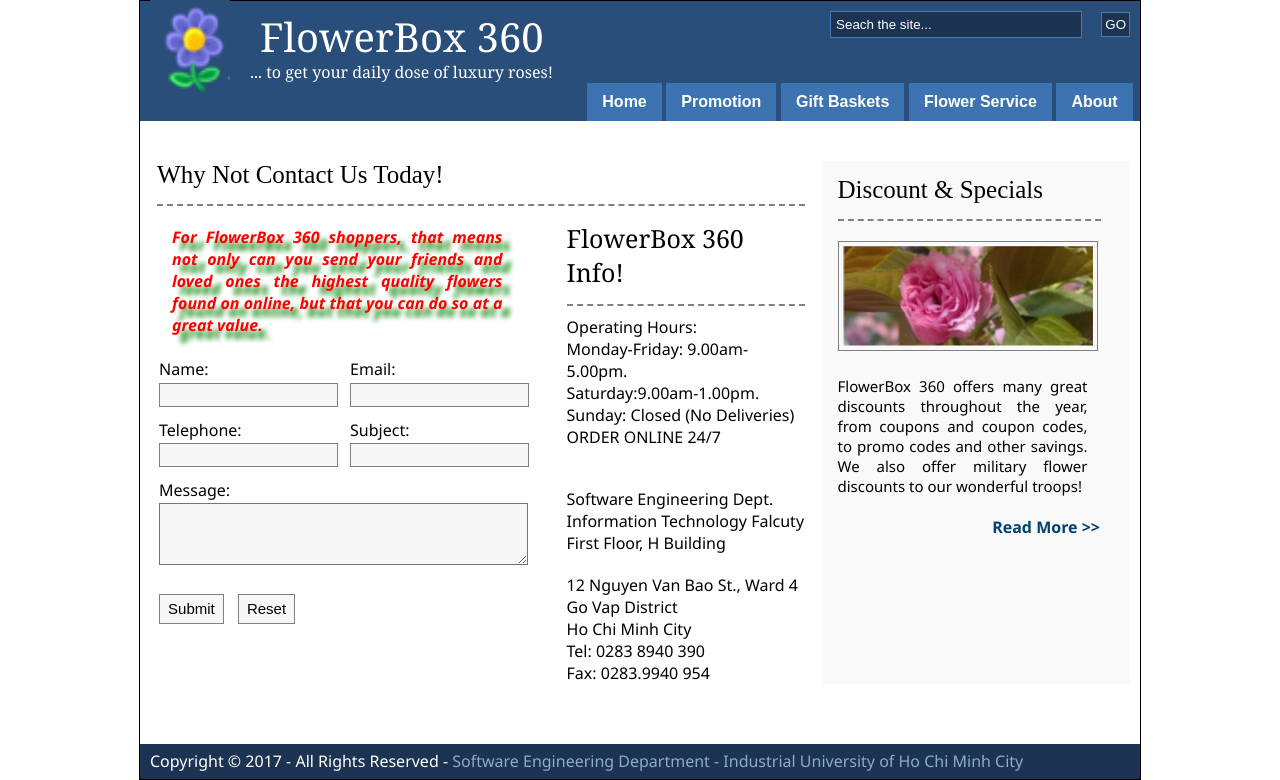
Repository: thu1365/BTKT_WEB
Page: HTML/btkt.html
These files come from the project's save history. The page is drawn as it stood at one moment and after the next save; the edit follows.
The browser window is 1280 px wide. The pictures show the whole page.

Above is the page before, as saved 2023-03-11 21:36:39.

After the next save:
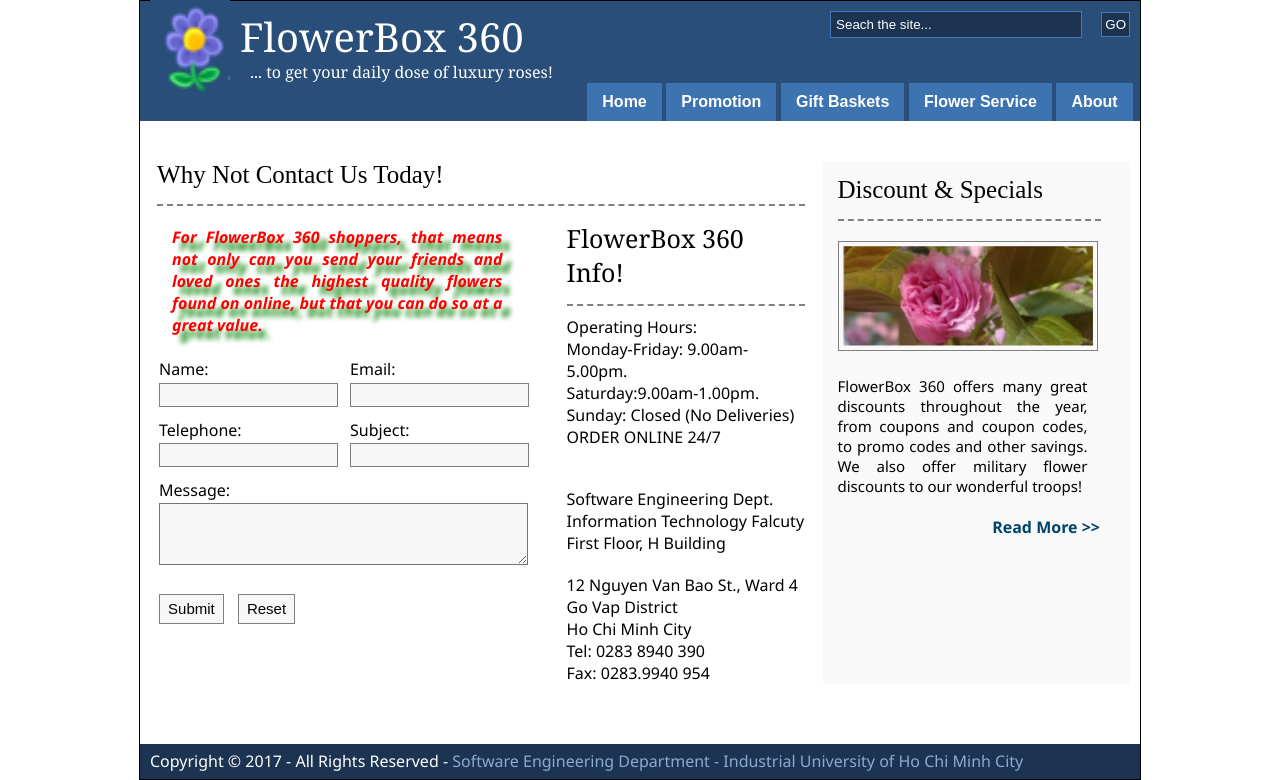
Saved 10 s later.
--- a/HTML/btkt.html
+++ b/HTML/btkt.html
@@ -38,7 +38,7 @@
             font-size: 40px;
             color: #fff;
             position: absolute;
-            left: 120px;
+            left: 100px;
             top: 8px;
         }
 
